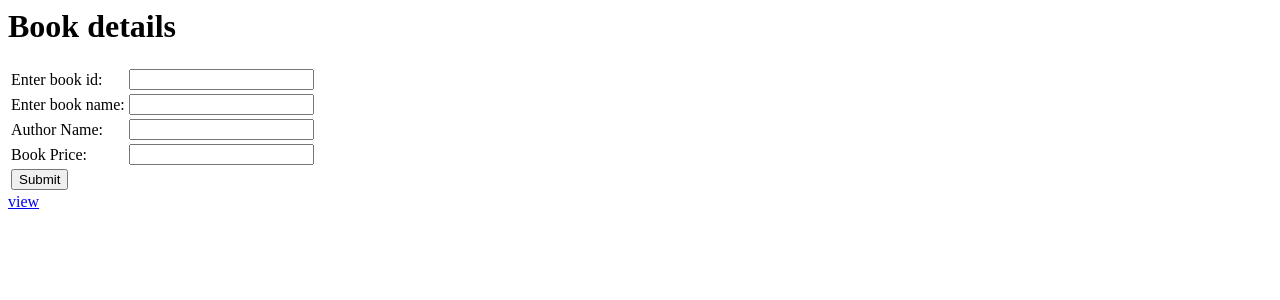
Repository: mukeshkn99/springboot
Page: http://localhost/14-SpringMvc-crud/views/regsuccess.jsp
An editor plug-in stored every save of this project. The page is shown before and after the next save, followed by the edit.
The browser window is 1280 px wide. The pictures show the whole page.
The page is served by Tomcat 9.

Above is the page before, as saved 2022-06-18 14:46:55.

After the next save:
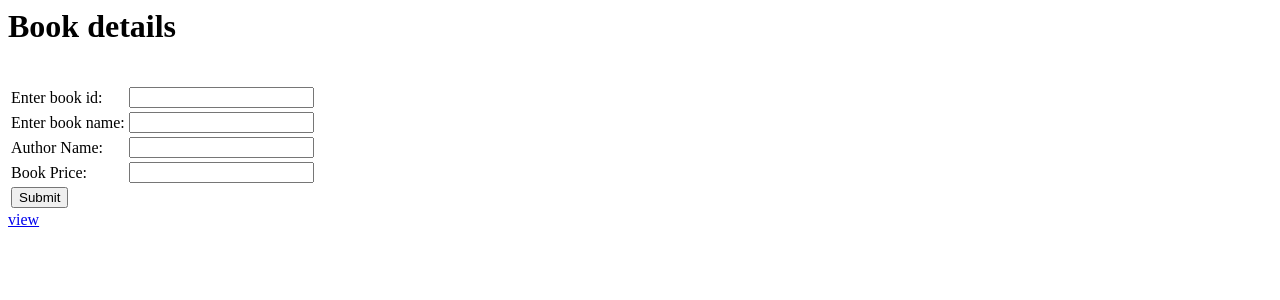
Saved 3 min 18 s later.
--- a/14-SpringMvc-crud/src/main/webapp/views/regsuccess.jsp
+++ b/14-SpringMvc-crud/src/main/webapp/views/regsuccess.jsp
@@ -5,6 +5,8 @@
 <body>
 <h1>Book details</h1>
 <form action="addbook" method="post" modelAttribute="b">
+<p>${success}</p>
+<br/>
 <table>
 
 <tr>
